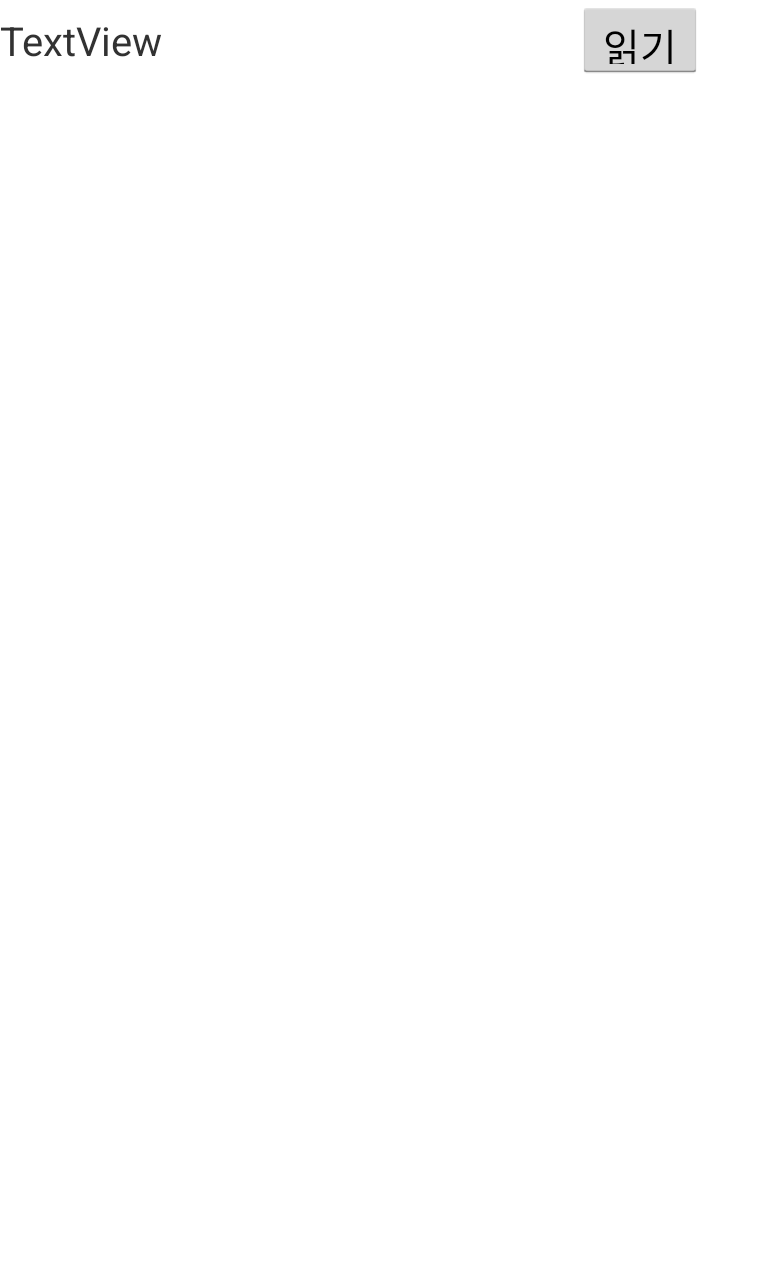
Repository: OnionLord/BurgerWIKI
Layout: burgerDicApp/BurgerDictionary/res/layout/burgeritem.xml
These files come from the project's save history. The layout is drawn as it stood at one moment and after the next save; the edit follows.
It is drawn on a 768 x 1280 px phone screen (xhdpi) without system bars, with theme AppTheme; the app's code is not run.

Above is the layout before, as saved 2014-11-07 16:14:30.

After the next save:
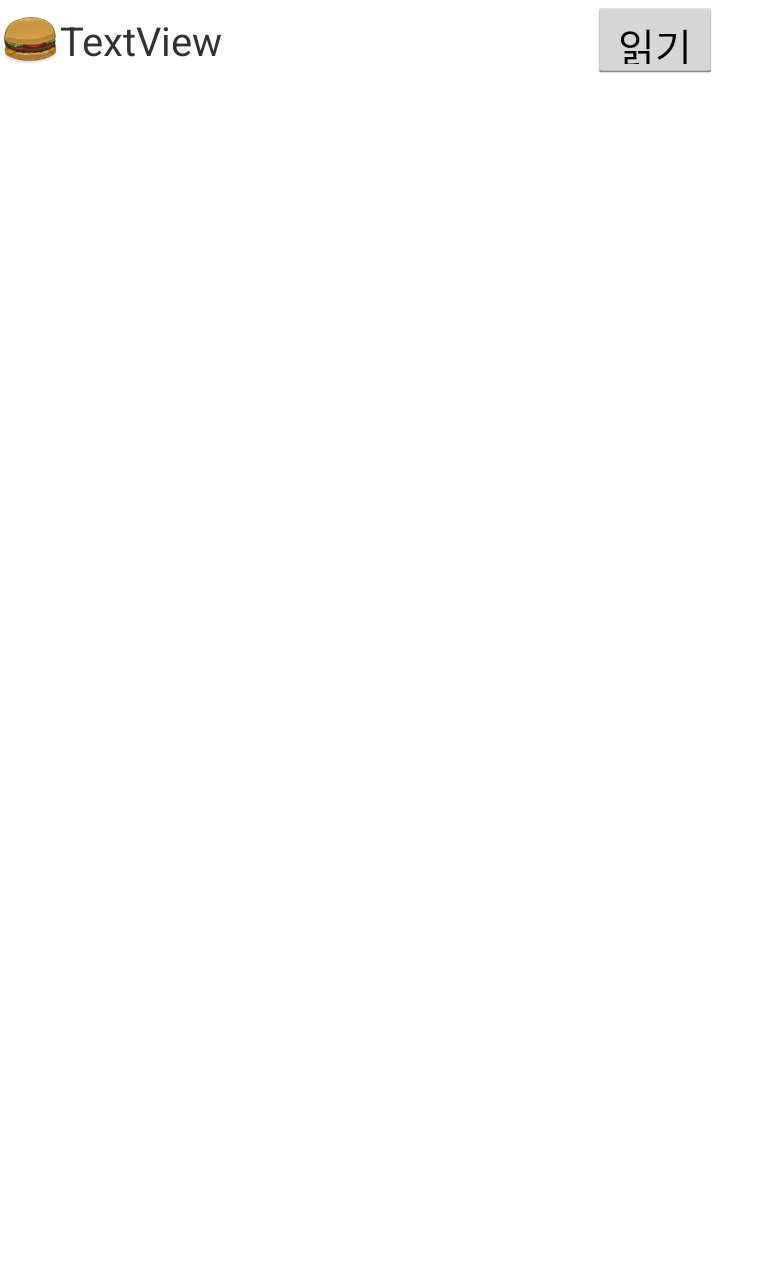
Saved 30 s later.
--- a/burgerDicApp/BurgerDictionary/res/layout/burgeritem.xml
+++ b/burgerDicApp/BurgerDictionary/res/layout/burgeritem.xml
@@ -7,6 +7,12 @@
         android:layout_width="match_parent"
         android:layout_height="wrap_content"
         android:gravity="center_vertical" >
+
+        <ImageView
+            android:id="@+id/imageView1"
+            android:layout_width="30dp"
+            android:layout_height="30dp"
+            android:src="@drawable/ic_launcher" />
 
         <TextView
             android:id="@+id/item_txt"
